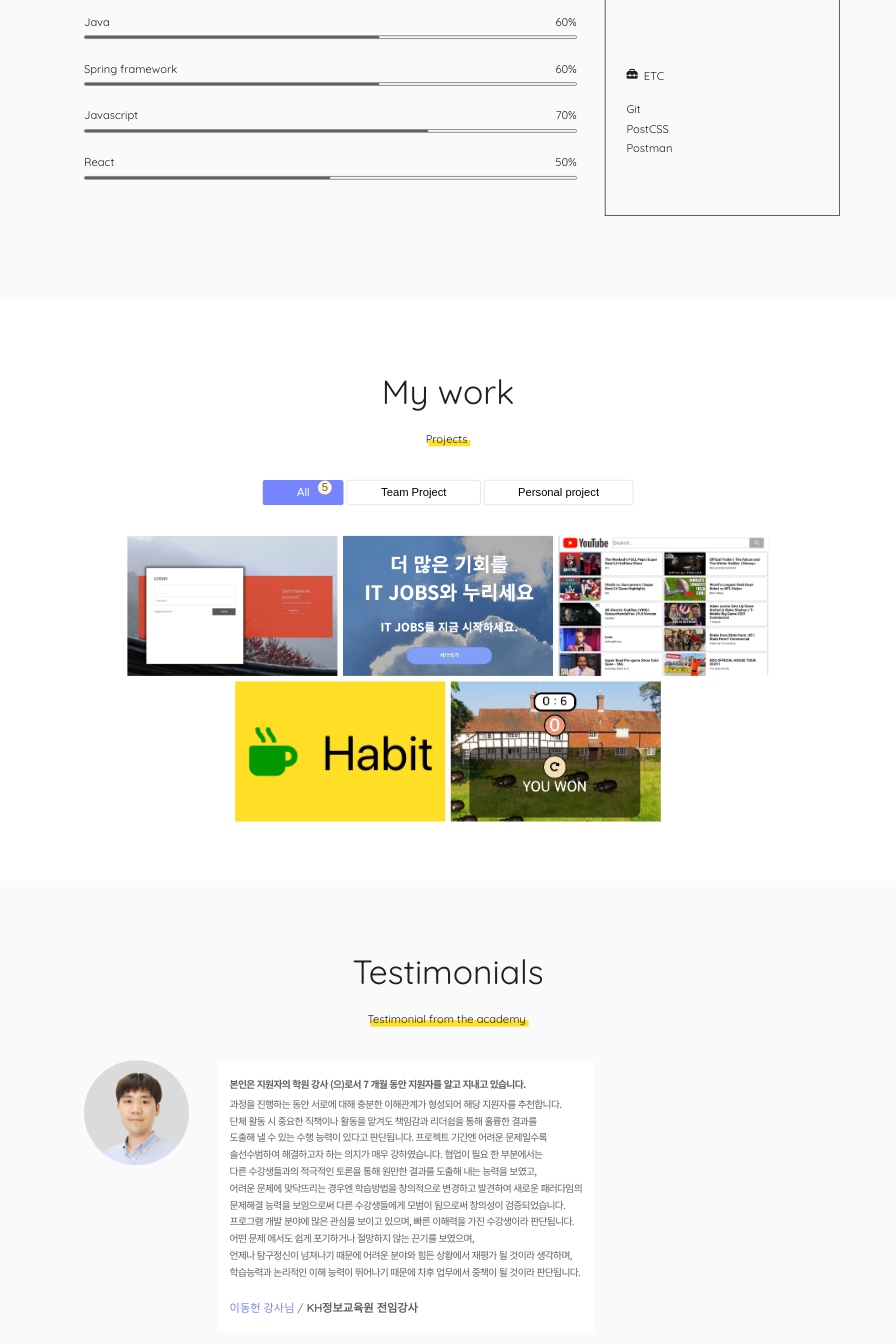
Repository: seoulsaram/portfolio
Page: index.html
An editor plug-in stored every save of this project. The page is shown before and after the next save, followed by the edit.
The browser window is 1280 px wide. The pictures show the part of the page from y = 2551 to 4471 px (the page is 4984 px tall before and 5192 px after), at 70% of full size.
Some web libraries are served in a nearby version.

Above is the page before, as saved 2021-02-10 14:45:22.

### index.html
<!DOCTYPE html>
<html lang="en">
<head>
    <meta charset="UTF-8">
    <meta name="viewport" content="width=device-width, initial-scale=1.0">
    <title>SeoulSaram</title>
    <meta name="description" content="2nd Portfolio"/>
    <meta name="author" content="SeoulSaram"/>
    <link rel="icon" type="image/png" href="imgs/favicon.png"/>
    <script src="https://kit.fontawesome.com/ea746dc176.js" crossorigin="anonymous"></script>
    <link rel="preconnect" href="https://fonts.gstatic.com">
<link href="https://fonts.googleapis.com/css2?family=Quicksand&display=swap" rel="stylesheet">
<link rel="preconnect" href="https://fonts.gstatic.com">
<link href="https://fonts.googleapis.com/css2?family=Noto+Sans+KR:wght@300&display=swap" rel="stylesheet">

    <link rel="stylesheet" href="style.css"/>
    <script src="main.js" defer></script>

</head>
<body>
    <!-- Navbar -->
    <nav id="navbar">
        <div class="navbar__logo">
            Seoulsaram
            <a href="#"></a>
        </div>
        <div class="navbar__menu">
            <ul class="navbar__menu">
                <li class="navbar__menu__item active" data-link="#home">Home</li>
                <li class="navbar__menu__item" data-link="#about">About</li>
                <li class="navbar__menu__item" data-link="#skills">Skills</li>
                <li class="navbar__menu__item" data-link="#work">My work</li>
                <li class="navbar__menu__item" data-link="#testimonial">Testimonial</li>
                <li class="navbar__menu__item" data-link="#contact">contact</li>
            </ul>

        </div>

        <!-- Toggle button -->
        <button class="navbar__toggle-btn">
            <i class="fas fa-bars"></i>
        </button>

    </nav>

    <!-- Home -->
    <section id="home">
        <div class="home__container">
            <h2 class="home__title">I'm Seoulsaram</h2>
            <p class="home__description">and a growing Web Developer</p>
            <button class="home__contact" data-link="#contact"><i class="fas fa-chevron-down"></i></button>
        </div>
    </section>

    <!-- about -->
    <section id="about" class="section section__container">
        <h1 class="about_title">About me</h1>
        <div class="about__profile">

        <img src="imgs/profile.png" alt="profile" class="about__img">
        <div class="about__desc_title">
           <h2>I'm Seoulsaram<br> and a growing Web Developer.</h2>
           <p class="desc_p">Ga Yeon Kim<br> 1991.07.04<br>kaste2233@gmail.com</p>
        </div>
        <div class="about__desc_desc">
            <p class="desc_p">Introduce Myself</p>
            <p class="desc_desc_desc korean">
                9개월차 백엔드, 프론트엔드 개발 공부를 진행중인 김가연 입니다.<br>
                클라이언트와 서버를 연결하고 UI, UX에 동적인 변화를 줄 수 있으며<br>
                끊임없이 발전하고 진화하는 언어인 자바스크립트에 매력을 느껴 프론트엔드 개발자를<br>
                향해 달려가고 있습니다.
        </div>

        </div>

        <hr class="about_hr">
        <div class="about__majors">
            <div class="major">
                <div class="major__icon">
                    <i class="fab fa-html5"></i>
                </div>
                <h2 class="major__title">Front-end</h2>
                <div class="major__description">
                    HTML<br> CSS<br> Javascript<br> React<br> PostCSS<br> Web APIs
                </div>
            </div>
            <div class="major">
                <div class="major__icon">
                    <i class="fab fa-java"></i>
                </div>
                <h2 class="major__title">Back-end</h2>
                <div class="major__description">
                    Java
                </div>
            </div>
            <div class="major">
                <div class="major__icon">
                    <i class="fas fa-database"></i>
                </div>
                <h2 class="major__title">Database</h2>
                <div class="major__description">
                    Oracle<br> MongoDB
                </div>
            </div>
        </div>
        <div class="about__school">
            <div class="school">
                <img src="imgs/school/kh_logo.png" alt="kh" class="school__logo">
                <div class="school__bar"></div>
                <div class="school__description">
                    <p class="school__name">KH 정보교육원 - 웹기반 빅데이터 전문 개발자 양성과정</p>
                    <p class="school__period">2020.06.05 - 2021.01.07</p>
                </div>
            </div>
        </div>
    </section>

    <!-- skills -->
    <section id="skills" class="section">
        <div class="section__container">
            <h1>Skills</h1>
        <h3 class="title_highlight">Stills & Attribute
        </h3>
        <div class="skillset">
            <div class="skillset__left">
                <h3 class="skillset__title">DEVELOPMENT SKILLS</h3>
                <div class="skill">
                    <div class="skill_description">
                        <span>HTML</span>
                        <span>70%</span>
                    </div>
                    <div class="skill__bar">
                        <div class="skill__value" style="width: 70%;"></div>
                    </div>
                </div>
                <div class="skill">
                    <div class="skill_description">
                        <span>CSS</span>
                        <span>60%</span>
                    </div>
                    <div class="skill__bar">
                        <div class="skill__value" style="width: 60%;"></div>
                    </div>
                </div>
                <div class="skill">
                    <div class="skill_description">
                        <span>Java</span>
                        <span>60%</span>
                    </div>
                    <div class="skill__bar">
                        <div class="skill__value" style="width: 60%;"></div>
                    </div>
                </div>
                <div class="skill">
                    <div class="skill_description">
                        <span>Spring framework</span>
                        <span>60%</span>
                    </div>
                    <div class="skill__bar">
                        <div class="skill__value" style="width: 60%;"></div>
                    </div>
                </div>
                <div class="skill">
                    <div class="skill_description">
                        <span>Javascript</span>
                        <span>70%</span>
                    </div>
                    <div class="skill__bar">
                        <div class="skill__value" style="width: 70%;"></div>
                    </div>
                </div>
                <div class="skill">
                    <div class="skill_description">
                        <span>React</span>
                        <span>50%</span>
                    </div>
                    <div class="skill__bar">
                        <div class="skill__value" style="width: 50%;"></div>
                    </div>
                </div>
            </div>
            <div class="skillset__right">
                <div class="tools">
                    <h3 class="skillset__title"><i class="fas fa-tools"></i> &nbsp;&nbsp;TOOLS</h3>
                    <ul class="tools__list">
                        <li><span>Eclipse</span></li>
                        <li><span>Visual Studio Code</span></li>
                    </ul>
                </div>
            <div class="etc">
                <h3 class="skillset__title"><i class="fas fa-toolbox"></i>&nbsp;&nbsp;ETC</h3>
                <ul class="etc__list">
                    <li><span>Git</span></li>
                    <li><span>PostCSS</span></li>
                    <li><span>Postman</span></li>
                </ul>
            </div>


            </div>
        </div>
    </section>

    <!-- wortk -->
    <section id="work" class="section">
        <div class="section__container">
            <h1>My work</h1>
            <h3 class="title_highlight">Projects</h3>
            <div class="work__categories">
                <button class="category__btn selected" data-filter="*">All<span class="category__count">5</button>
                <button class="category__btn" data-filter="team">Team Project<span class="category__count">2</button>
                <button class="category__btn" data-filter="personal">Personal project<span class="category__count">3</button>
            </div>
            <div class="work__projects">
                <!--작업했던 프로젝트 이미지 넣고 깃헙 링크 넣기-->
                <a href="https://github.com/yiktne/fogams" class="project" target="blank" data-type="team">
                    <img src="imgs/projects/FOGAMS.png" alt="fogams" class="project__img"/>
                    <div class="project__description">
                    <h3>Fogams</h3>
                    <span>Java - 여행 설계 서비스</span>
                    </div>
                </a>
                <a href="https://github.com/seoulsaram/IT_JOBS_F" class="project" target="blank" data-type="team">
                    <img src="imgs/projects/bluberries.png" alt="blueberries" class="project__img"/>
                    <div class="project__description">
                    <h3>IT JOBS</h3>
                    <span>Java - IT 전문 구직사이트</span>
                    </div>
                </a>

                <a href="https://github.com/seoulsaram/youtube" class="project" target="blank" data-type="personal">
                    <img src="imgs/projects/youtube_clone.png" alt="youtube" class="project__img"/>
                    <div class="project__description">
                    <h3>Youtube</h3>
                    <span>React - 검색, 동영상 재생 클론코딩</span>
                    </div>
                </a>

                <a href="https://cheking-habit.netlify.app" class="project" target="blank" data-type="personal">
                    <img src="imgs/projects/habit_tracker.png" alt="habit_tracker" class="project__img"/>
                    <div class="project__description">
                    <h3>Habit Tracker</h3>
                    <span>React - 습관 체크 앱</span>
                    </div>
                </a>

                <a href="https://seoulsaram.github.io/carrot_game/game.html" class="project" target="blank" data-type="personal">
                    <img src="imgs/projects/carrot_game.png" alt="carrot_game" class="project__img"/>
                    <div class="project__description">
                    <h3>Save Carrot</h3>
                    <span>JS - 당근 구하기 게임</span>
                    </div>
                </a>

            </div>
        </div>

    </section>

    <!--  testimonials -->
    <section id="testimonial" class="section">
        <div class="section__container">
            <h1>Testimonials</h1>
            <h3 class="title_highlight">Testimonial from the academy</h3>
            <div class="testimonials">
                <div class="testimonial">
                    <img src="imgs/testimonial/teacher.jpg" alt="" class="testimonial__avatar">
                    <div class="testimonial__speech-bubble">
                        <p class="korean" style="text-align:left"><b>본인은 지원자의 학원 강사 (으)로서 7 개월 동안 지원자를 알고 지내고 있습니다.</b></p>
                        <p class="korean" style="text-align:left">과정을 진행하는 동안 서로에 대해 충분한 이해관계가 형성되어 해당 지원자를 추천합니다.<br>
                            단체 활동 시 중요한 직책이나 활동을 맡겨도 책임감과 리더쉽을 통해 훌륭한 결과를 <br>
                            도출해 낼 수 있는 수행 능력이 있다고 판단됩니다. 프로젝트 기간엔 어려운 문제일수록<br>
                            솔선수범하여 해결하고자 하는 의지가 매우 강하였습니다. 협업이 필요 한 부분에서는<br>
                            다른 수강생들과의 적극적인 토론을 통해 원만한 결과를 도출해 내는 능력을 보였고, <br>
                            어려운 문제에 맞닥뜨리는 경우엔 학습방법을 창의적으로 변경하고 발견하여 새로운 패러다임의<br>
                            문제해결 능력을 보임으로써 다른 수강생들에게 모범이 됨으로써 창의성이 검증되었습니다.<br>
                            프로그램 개발 분야에 많은 관심을 보이고 있으며, 빠른 이해력을 가진 수강생이라 판단됩니다. <br>
                            어떤 문제 에서도 쉽게 포기하거나 절망하지 않는 끈기를 보였으며, <br>
                            언제나 탐구정신이 넘쳐나기 때문에 어려운 분야와 힘든 상황에서 재평가 될 것이라 생각하며, <br>
                            학습능력과 논리적인 이해 능력이 뛰어나기 때문에 차후 업무에서 중책이 될 것이라 판단됩니다.</p><br>
                        <p style="text-align:left" class="name"><a href="">이동헌 강사님</a> / <b>KH정보교육원 전임강사</b></p>
                    </div>
                </div>
            </div>
        </div>
    </section>

    <!-- contact -->
    <section id="contact" class="section">
        <h1 class="contact__title">Let's talk</h1>
        <h3 class="contact__email">kaste2233@gmail.com</h3>
        <div class="contact__links">
            <a href="https://github.com/seoulsaram" target="_blank">
                <i class="fab fa-github"></i>
            </a>
        </div>
        <p class="contact__rights">2020 GaYeon Kim - All rights reserved</p>
    </section>

    <!-- Arrow up button -->
    <button class="arrow-up">
        <i class="fas fa-arrow-up"></i>
    </button>


</body>
</html>

Loaded but not shown: main.js (253 lines, source omitted); style.css (796 lines, source omitted)

After the next save:
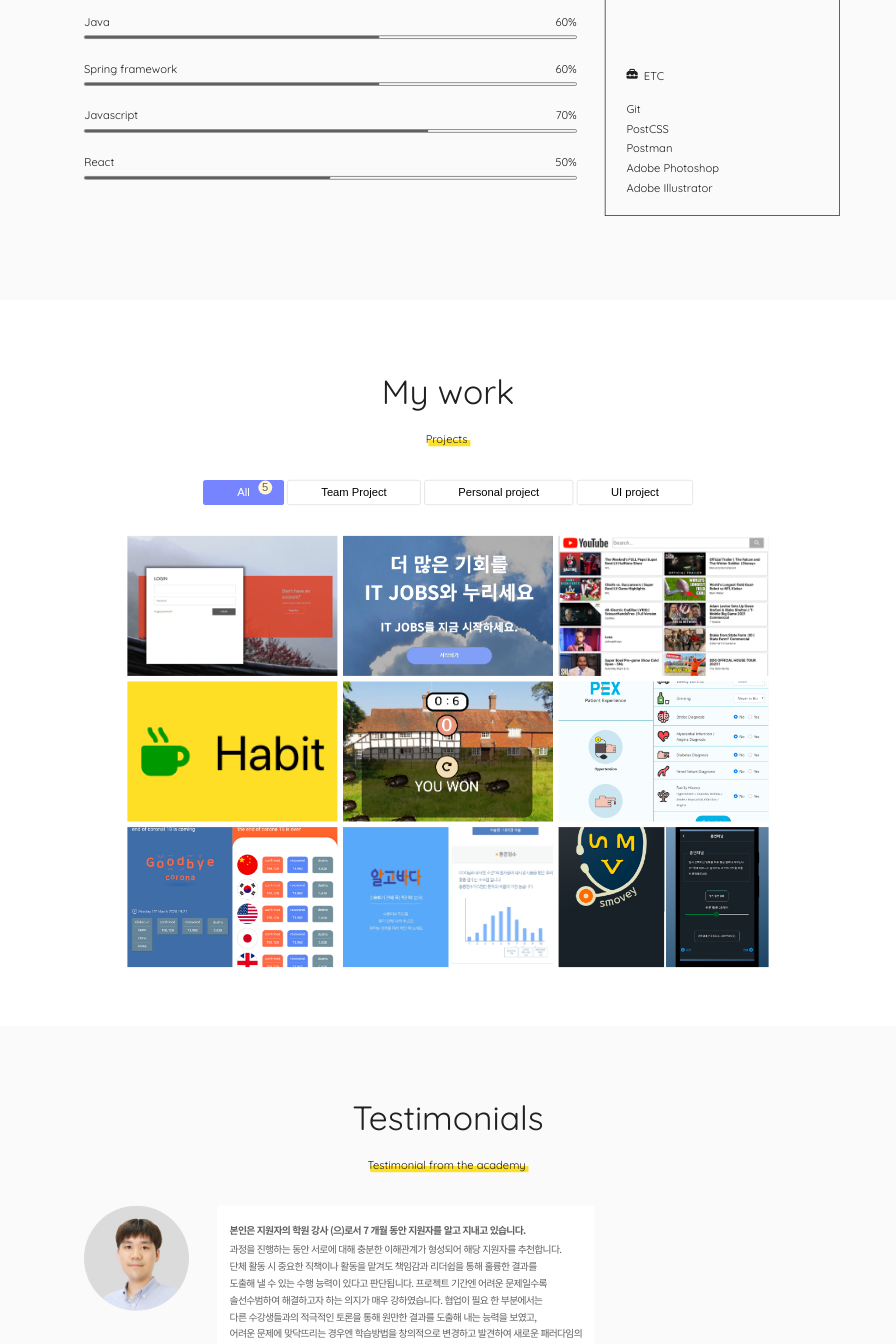
Saved 20 days later.
--- a/index.html
+++ b/index.html
@@ -193,6 +193,8 @@
                     <li><span>Git</span></li>
                     <li><span>PostCSS</span></li>
                     <li><span>Postman</span></li>
+                    <li><span>Adobe Photoshop</span></li>
+                    <li><span>Adobe Illustrator</span></li>
                 </ul>
             </div>
 
@@ -210,6 +212,7 @@
                 <button class="category__btn selected" data-filter="*">All<span class="category__count">5</button>
                 <button class="category__btn" data-filter="team">Team Project<span class="category__count">2</button>
                 <button class="category__btn" data-filter="personal">Personal project<span class="category__count">3</button>
+                    <button class="category__btn" data-filter="UI">UI project<span class="category__count">3</button>
             </div>
             <div class="work__projects">
                 <!--작업했던 프로젝트 이미지 넣고 깃헙 링크 넣기-->
@@ -249,6 +252,38 @@
                     <div class="project__description">
                     <h3>Save Carrot</h3>
                     <span>JS - 당근 구하기 게임</span>
+                    </div>
+                </a>
+
+                <a href="#" class="project" target="blank" data-type="UI">
+                    <img src="imgs/projects/PEX.png" alt="PEX" class="project__img"/>
+                    <div class="project__description">
+                    <h3>Patient Experience</h3>
+                    <span>Photoshop/Illustrator - PEX : Patient Experience</span>
+                    </div>
+                </a>
+
+                <a href="#" class="project" target="blank" data-type="UI">
+                    <img src="imgs/projects/goodbyeCorona.png" alt="goodbyeCorona" class="project__img"/>
+                    <div class="project__description">
+                    <h3>Goodbye Corona</h3>
+                    <span>Photoshop/Illustrator - Goodbye Corona</span>
+                    </div>
+                </a>
+
+                <a href="#" class="project" target="blank" data-type="UI">
+                    <img src="imgs/projects/algobada.png" alt="algobada" class="project__img"/>
+                    <div class="project__description">
+                    <h3>알고바다</h3>
+                    <span>Photoshop/Illustrator - 알고바다 : 수술비용 예측</span>
+                    </div>
+                </a>
+
+                <a href="#" class="project" target="blank" data-type="UI">
+                    <img src="imgs/projects/smovey.png" alt="smovey" class="project__img"/>
+                    <div class="project__description">
+                    <h3>Smovey</h3>
+                    <span>Photoshop/Illustrator - Smovey : 금연 보조 모바일 앱</span>
                     </div>
                 </a>
 
